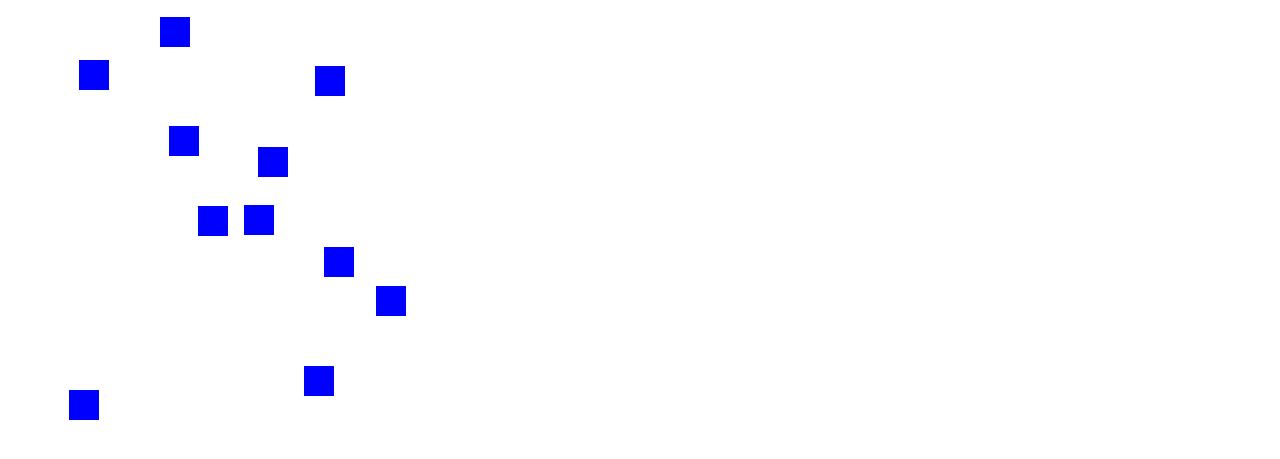
Repository: hdsshj/Typescript
Page: 13_Public_Private/index.html
These files come from the project's save history. The page is drawn as it stood at one moment and after the next save; the edit follows.
The browser window is 1280 px wide. The pictures show the whole page.

Above is the page before, as saved 2022-06-21 09:15:09.

### 13_Public_Private/index.html
<!DOCTYPE html>
<html lang="en">
  <head>
    <meta charset="UTF-8" />
    <meta http-equiv="X-UA-Compatible" content="IE=edge" />
    <meta name="viewport" content="width=device-width, initial-scale=1.0" />
    <title>Document</title>
  </head>
  <style>
    #container {
      width: 400px;
      height: 400px;
      background-color: aliceblue;
    }
  </style>
  <body>
    <script src="index.js"></script>
  </body>
</html>

### 13_Public_Private/index.js
class User {
    static x = 10;
    static y = 20;
    static addOne(a) {
        User.x += a;
    }
    static printX() {
        console.log(User.x);
    }
}
User.addOne(32); //이렇게 하면 x가 3 더해져야함
User.addOne(4); //이렇게 하면 x가 4 더해져야함
User.printX(); //이렇게 하면 콘솔창에 x값이 출력되어야함
class Square {
    width;
    height;
    color;
    constructor(w, h, c) {
        this.width = w;
        this.height = h;
        this.color = c;
    }
    draw() {
        let randomLeft = Math.floor(Math.random() * 400);
        let randomTop = Math.floor(Math.random() * 400);
        let style = `<div style="
    position:absolute;
    width:${this.width}px;
    height:${this.height}px;
    top:${randomTop}px;
    left:${randomLeft}px;
    background:${this.color};
    ">
    </div>`;
        document.body.insertAdjacentHTML("beforeend", style);
    }
}
let addSquare = new Square(30, 30, "blue");
addSquare.draw();
addSquare.draw();
addSquare.draw();
addSquare.draw();
addSquare.draw();
addSquare.draw();
addSquare.draw();
addSquare.draw();
addSquare.draw();
addSquare.draw();
addSquare.draw();

After the next save:
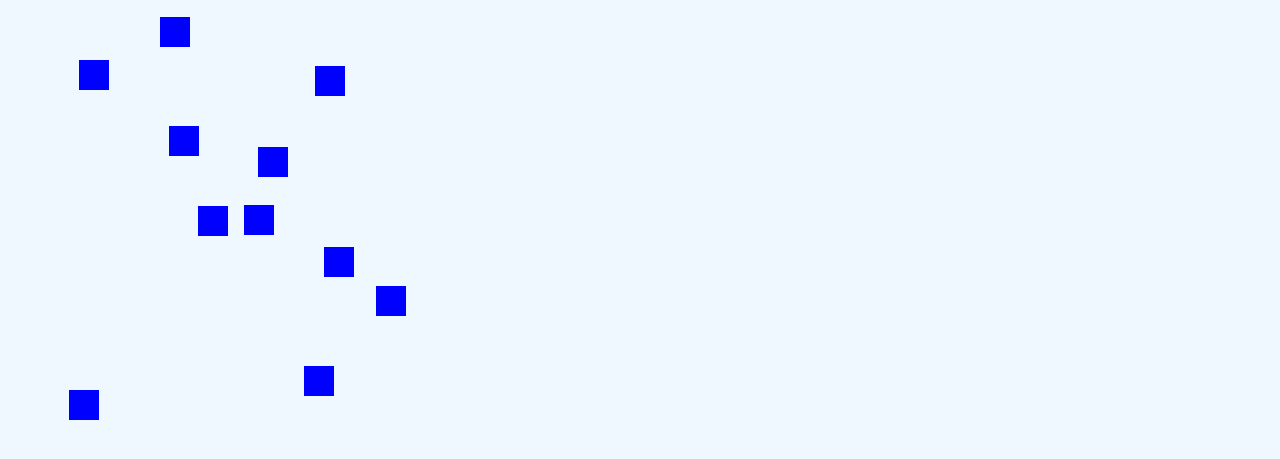
Saved 23 s later.
--- a/13_Public_Private/index.html
+++ b/13_Public_Private/index.html
@@ -7,9 +7,9 @@
     <title>Document</title>
   </head>
   <style>
-    #container {
-      width: 400px;
-      height: 400px;
+    body {
+      width: 100%;
+      height: 100%;
       background-color: aliceblue;
     }
   </style>
